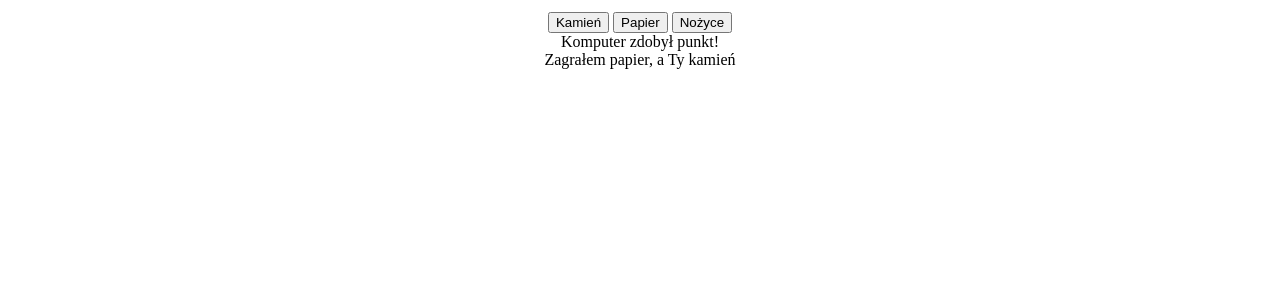
Repository: ulasup/javascript-prework
Page: index.html
These files come from the project's save history. The page is drawn as it stood at one moment and after the next save; the edit follows.
The browser window is 1280 px wide. The pictures show the whole page.
After loading, the first visible `#button-rock` was clicked once.

Above is the page before, as saved 2020-12-11 22:14:47.

### index.html
<!DOCTYPE html>
<html lang="en">
<head>
	<meta charset="UTF-8">
	<title>Kamień, papier, nożyce</title>
	<link rel="stylesheet" href="css/style.css">
</head>
<body>
	<div class="container">
		<div id="buttons">
			<button id="button-rock" type="button">Kamień</button>
			<button id="button-paper" type="button">Papier</button>
			<button id="button-scissors" type="button">Nożyce</button>
		</div>
		<div id="messages"></div>
	</div>
	<script src="js/functions.js"></script>
	<script src="js/script.js"></script>
</body>
</html>

### css/style.css
body {
  margin: 12px auto;
  text-align: center;
}

.header {
  min-height: 100px;
}

.row {
  -ms-flex-pack: center;
      justify-content: center;
}

.score {
  min-height: 100px;
  color: green;
  font-size: 36px;
  -ms-flex-align: center;
      align-items: center;
}
/*# sourceMappingURL=style.css.map */

### js/script.js
var buttonRock, buttonPaper, buttonScissors;

buttonRock = document.getElementById('button-rock');
buttonPaper = document.getElementById('button-paper');
buttonScissors = document.getElementById('button-scissors');

function buttonClicked(argButtonName) {

  var computerMove, playerMove, randomNumber, playerScore, computerScore;

  function getMoveName(argMoveId) {
    if (argMoveId == 1) {
      return 'kamień';
    } else if (argMoveId == 2) {
      return 'papier';
    } else if (argMoveId == 3) {
      return 'nożyce';
    } else {
      printMessage('Nie znam ruchu o id ' + argMoveId + '. Zakładam, że chodziło o "kamień".');
      return 'kamień';
    }
  }

  function displayResult(argPlayerMove, argComputerMove) {
    clearMessages();
    if (argPlayerMove == 'papier' && argComputerMove == 'kamień') {
      playerScore +=1;
      printMessage('Brawo! Zdobywasz punkt!');
    }
    else if (argPlayerMove == 'kamień' && argComputerMove == 'nożyce') {
      playerScore +=1;
      printMessage('Brawo! Zdobywasz punkt!');
    }
    else if (argPlayerMove == 'nożyce' && argComputerMove == 'papier') {
      playerScore +=1;
      printMessage('Brawo! Zdobywasz punkt!');
    }
    else if (argPlayerMove == argComputerMove) {
      printMessage('Remis!');
    }
    else {
      computerScore +=1;
      printMessage('Komputer zdobył punkt!');
    }
    printMessage('Zagrałem ' + argComputerMove + ', a Ty ' + argPlayerMove);
  }

  playerMove = argButtonName;
  randomNumber = Math.floor(Math.random() * 3 + 1);
  computerMove = getMoveName(randomNumber);

  if (playerScore == 3) {
    printMessage('Koniec gry! Wygrałeś');
  }
  else if (computerScore == 3) {
    printMessage('Koniec gry! Przegrałeś :(');
  }
  else displayResult(playerMove, computerMove);
}

buttonRock.addEventListener('click', function(){ buttonClicked('kamień'); });
buttonPaper.addEventListener('click', function(){ buttonClicked('papier'); });
buttonScissors.addEventListener('click', function(){ buttonClicked('nożyce'); });

Loaded but not shown: js/functions.js (common file)

After the next save:
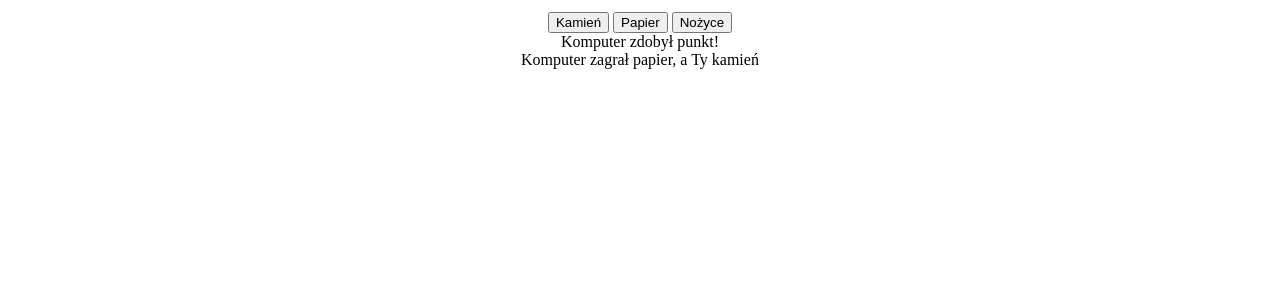
Saved 59 s later.
--- a/js/script.js
+++ b/js/script.js
@@ -42,7 +42,7 @@ function buttonClicked(argButtonName) {
       computerScore +=1;
       printMessage('Komputer zdobył punkt!');
     }
-    printMessage('Zagrałem ' + argComputerMove + ', a Ty ' + argPlayerMove);
+    printMessage('Komputer zagrał ' + argComputerMove + ', a Ty ' + argPlayerMove);
   }
 
   playerMove = argButtonName;
